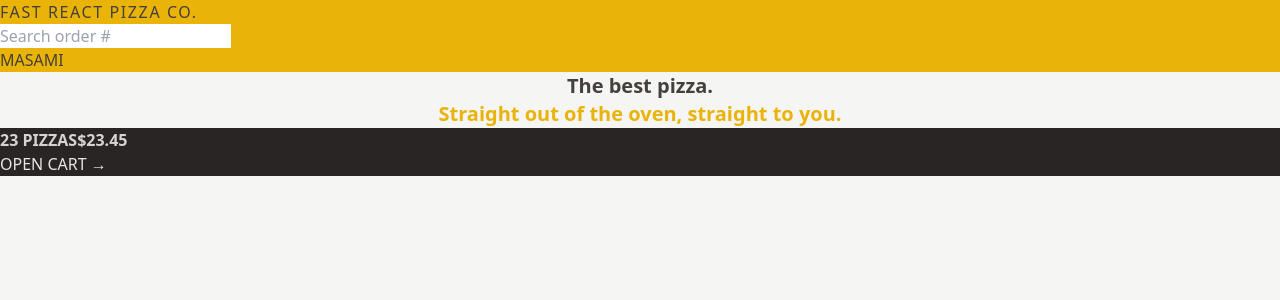
Repository: masamichan/pizza-vite
Page: /
An editor plug-in stored every save of this project. The page is shown before and after the next save, followed by the edit.
The browser window is 1280 px wide. The pictures show the whole page.
The project was rebuilt for these pictures with package versions that can differ from the ones it lists, and the page was loaded fresh each time. Also part of the build but not shown: vite.config.js, src/services/apiRestaurant.js, src/utils/helpers.js, src/features/menu/MenuItem.jsx, src/features/menu/Menu.jsx, src/features/cart/Cart.jsx, src/features/order/CreateOrder.jsx, src/features/order/Order.jsx and 2 more.

Above is the page before, as saved 2023-12-20 15:19:25.

After the next save:
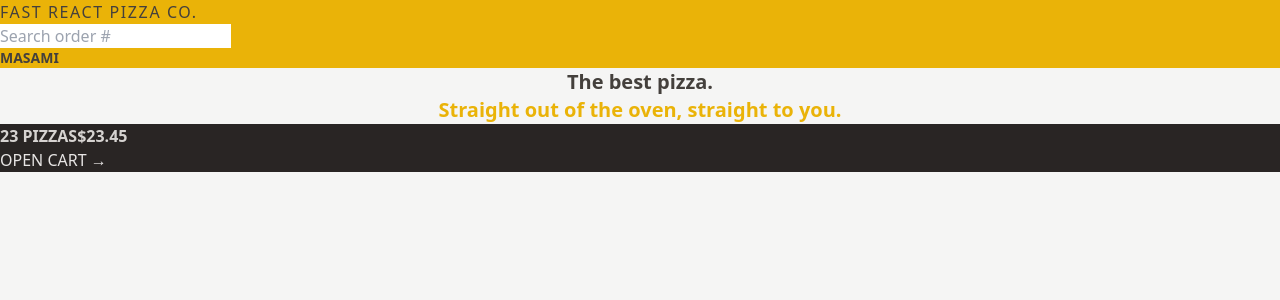
Saved 105 s later.
--- a/src/features/user/UserName.jsx
+++ b/src/features/user/UserName.jsx
@@ -2,7 +2,7 @@
 
 function UserName() {
   return (
-    <div>Masami</div>
+    <div className="text-sm font-semibold">Masami</div>
   )
 }
 
